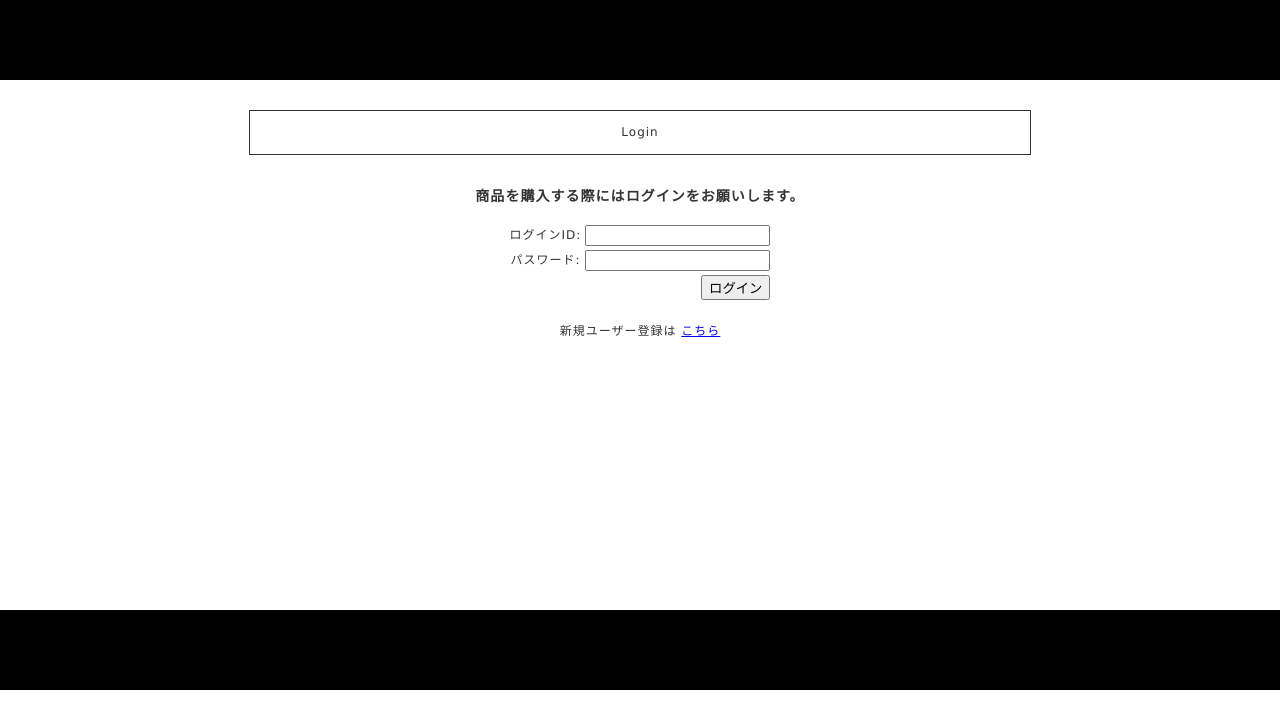
Repository: NoriakiYasumura/test01
Page: http://localhost/template/HomeAction.action
An editor plug-in stored every save of this project. The page is shown before and after the next save, followed by the edit.
The browser window is 1280 px wide. The pictures show the whole page.
The page is served by Tomcat 9. Other server files are loaded and not shown.

Above is the page before, as saved 2019-04-05 06:05:43.

### template/WebContent/login.jsp
<%@ page language="java" contentType="text/html; charset=UTF-8"
    pageEncoding="UTF-8"%>
<%@ taglib prefix="s" uri="/struts-tags" %>
<!DOCTYPE html>
<html>
	<head>
		<meta http-equiv="Content-Type" content="text/html; charset=UTF-8"/>
		<meta http-equiv="Content-Style-Type" content="text/css"/>
		<meta http-equiv="Content-Script-Type" content="text/javascript"/>
		<meta http-equiv="imagetoolbar" content="no"/>
		<meta name="description" content=""/>
		<meta name="keywords" content=""/>
		<title>Login画面</title>

		<style type="text/css">
			/* TAGLAYOUT */
			body{
				margin:0;
				padding:0;
				line-height:1.6;
				letter-spacing:1px;
				font-family:Verdana,Helvetica,sans-serif;
				font-size:12px;
				color:#333;
				background:#fff;
			}
			table{
				text-align:center;
				margin:0 auto;
			}

			/* IDLAYOUT */
			#top{
				width:780px;
				margin:30px auto;
				border:1px solid #333;
			}

			#header{
				width:100%;
				height:80px;
				background-color:black;
			}

			#main{
				width:100%;
				height:500px;
				text-align:center;
			}

			#footer{
				width:100%;
				height:80px;
				background-color:black;
				clear:both;
			}

		</style>
	</head>
	<body>
		<div id="header">
			<div id="pr"></div>
		</div>

		<div id="main">
			<div id="top">
				<p>Login</p>
			</div>

			<div>
				<h3>商品を購入する際にはログインをお願いします。</h3>
				<s:form action="LoginAction">
					<s:textfield name="loginUserId" text-size="50px" label="ログインID"/>
					<s:password name="loginPassword" text-size="50px" label="パスワード"/>
					<s:submit value="ログイン"/>
				</s:form>
				<br/>
				<div>
					<span>新規ユーザー登録は
						<a href='<s:url action="UserCreateAction"/>'>こちら</a>
					</span>
				</div>
			</div>
		</div>

		<div id="footer">
			<div id="pr"></div>
		</div>
	</body>
</html>

After the next save:
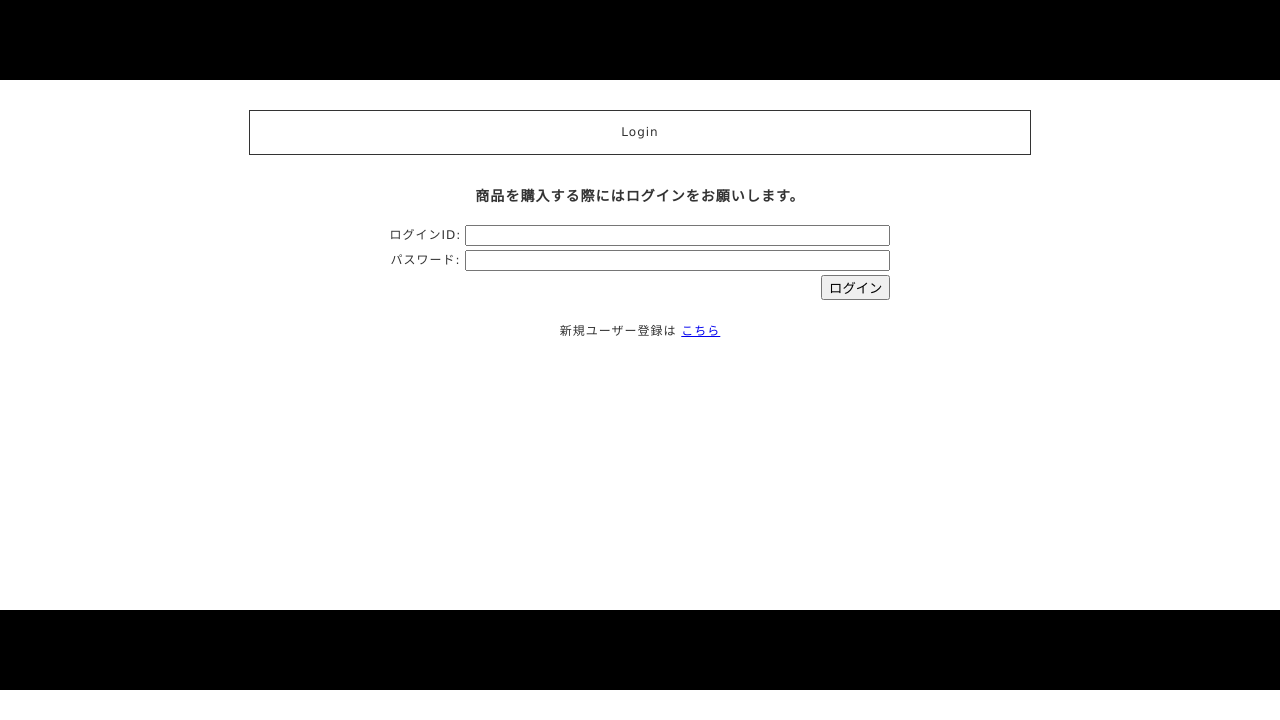
Saved 4 min 10 s later.
--- a/template/WebContent/login.jsp
+++ b/template/WebContent/login.jsp
@@ -70,8 +70,8 @@
 			<div>
 				<h3>商品を購入する際にはログインをお願いします。</h3>
 				<s:form action="LoginAction">
-					<s:textfield name="loginUserId" text-size="50px" label="ログインID"/>
-					<s:password name="loginPassword" text-size="50px" label="パスワード"/>
+					<s:textfield name="loginUserId" size="50" label="ログインID"/>
+					<s:password name="loginPassword" size="50" label="パスワード"/>
 					<s:submit value="ログイン"/>
 				</s:form>
 				<br/>
